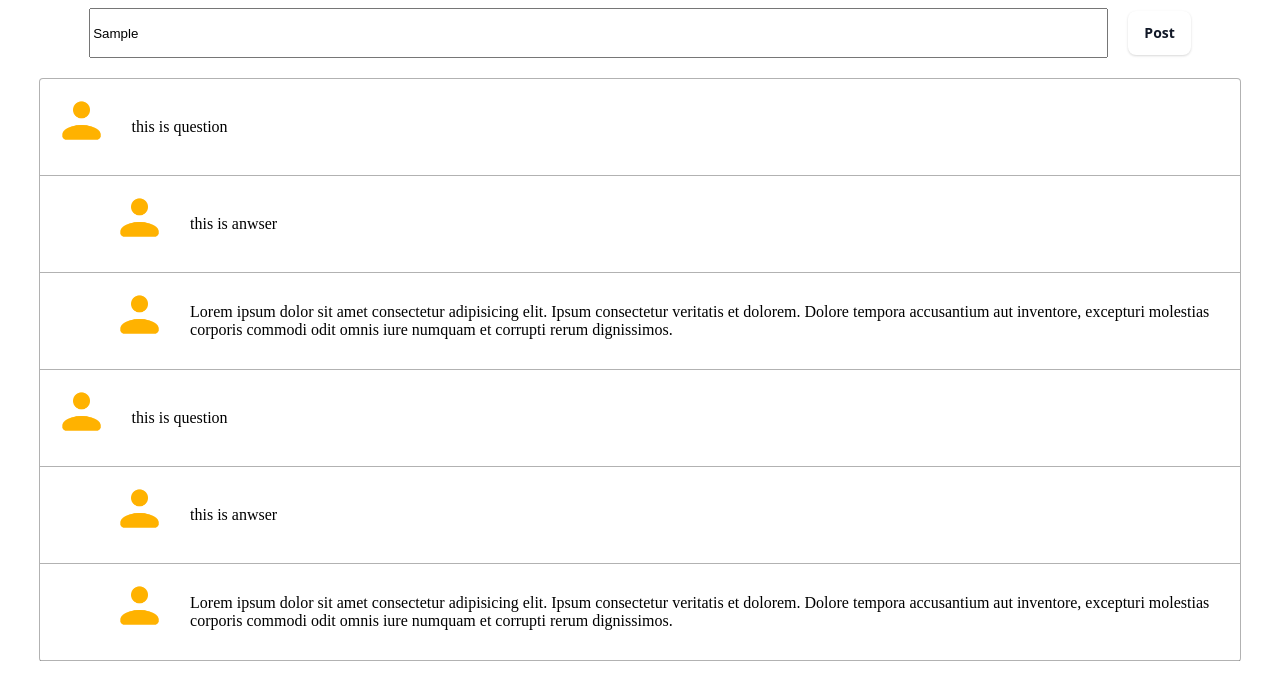
Repository: AOY311/DuckEdu
Page: test2.html
An editor plug-in stored every save of this project. The page is shown before and after the next save, followed by the edit.
The browser window is 1280 px wide. The pictures show the whole page.
Empty fields were first filled with sample values (such as "Sample", 5 or name@example.com).
After loading, the first visible `div.accordion__header` was clicked once.

Above is the page before, as saved 2021-10-31 17:26:50.

After the next save:
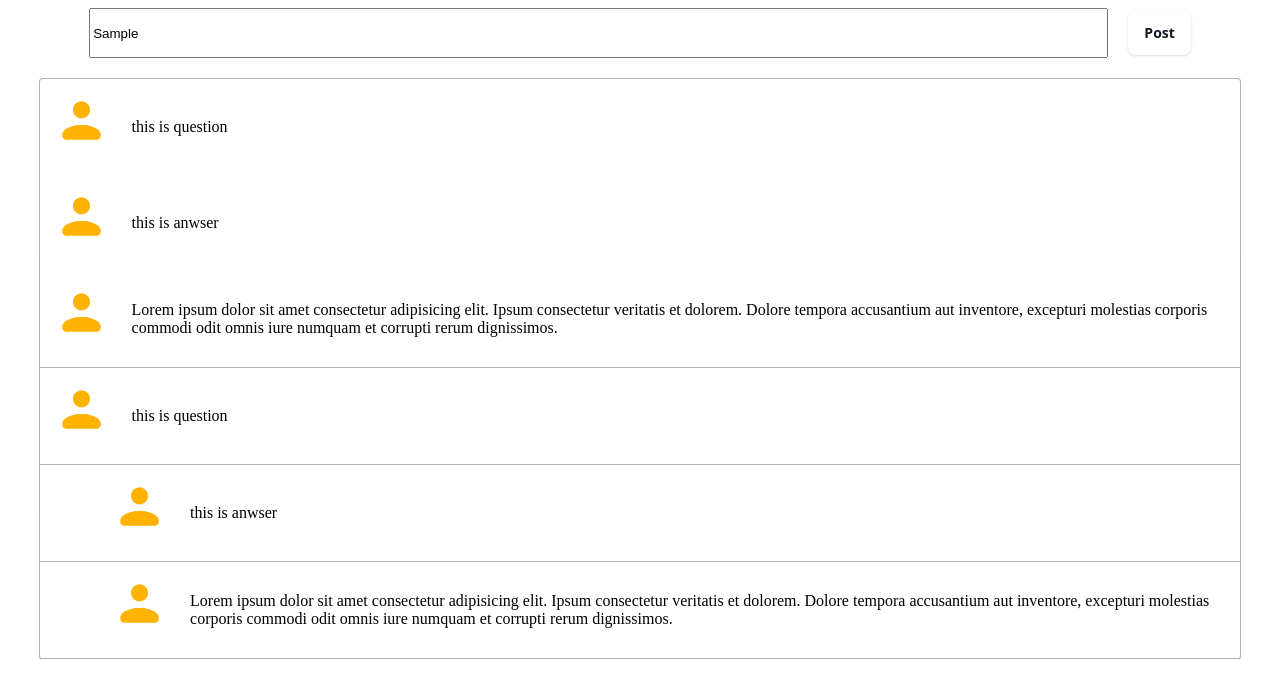
Saved 14 s later.
--- a/test2.html
+++ b/test2.html
@@ -251,7 +251,10 @@
     function showComment(obj) {
         alert($(obj).nextAll().attr("class"));
         if ($(obj).nextAll().attr("class") === "accordion__content") {
-            $(obj).nextAll().attr("accordion__content", "accordion__content--selected");
+            $(obj).nextAll().attr("class", "accordion__content--selected");
+        }
+        if ($(obj).nextAll().attr("class") === "accordion__content") {
+            $(obj).nextAll().attr("class", "accordion__content--selected");
         }
     }
 </script>
